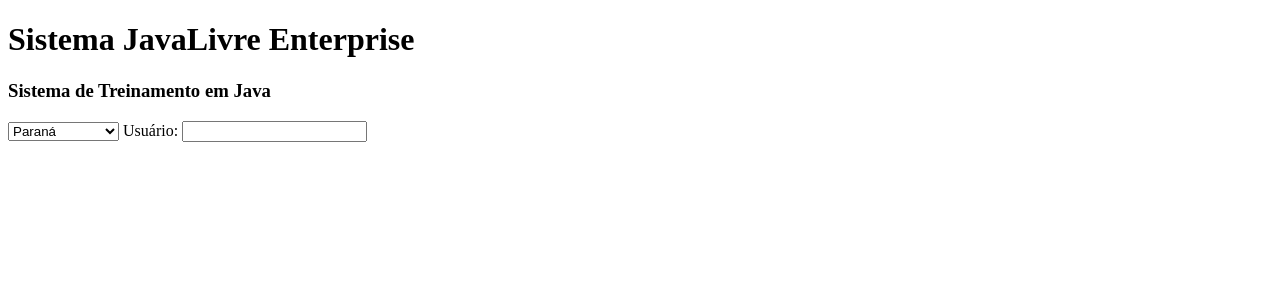
Repository: marciojv/treina-java
Page: workspace/JavaLivre/src/html/login.html
These files come from the project's save history. The page is drawn as it stood at one moment and after the next save; the edit follows.
The browser window is 1280 px wide. The pictures show the whole page.

Above is the page before, as saved 2017-06-10 12:58:39.

### workspace/JavaLivre/src/html/login.html
<!DOCTYPE html>
<html>
<head>
<meta charset="UTF-8">
<title>Login</title>
</head>
<body>
<h1>Sistema JavaLivre Enterprise</h1>
<h3>Sistema de Treinamento em Java</h3>

<select>
  <option value="PR">Paraná</option>
  <option value="SC">Santa Catarina</option>
  <option value="SP">São Paulo</option>
</select>

Usuário: <input type="text" name="login"><br>



</body>
</html>

After the next save:
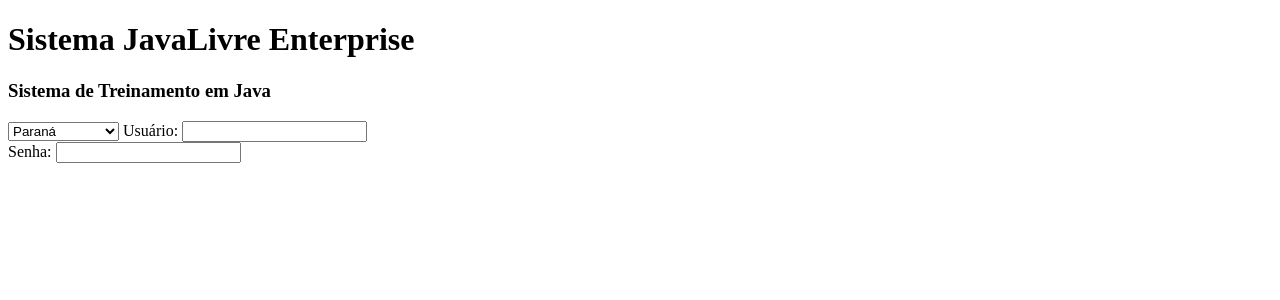
Saved 41 s later.
--- a/workspace/JavaLivre/src/html/login.html
+++ b/workspace/JavaLivre/src/html/login.html
@@ -15,7 +15,7 @@
 </select>
 
 Usuário: <input type="text" name="login"><br>
-
+Senha:   <input type="text" name="senha"><br>
 
 
 </body>
